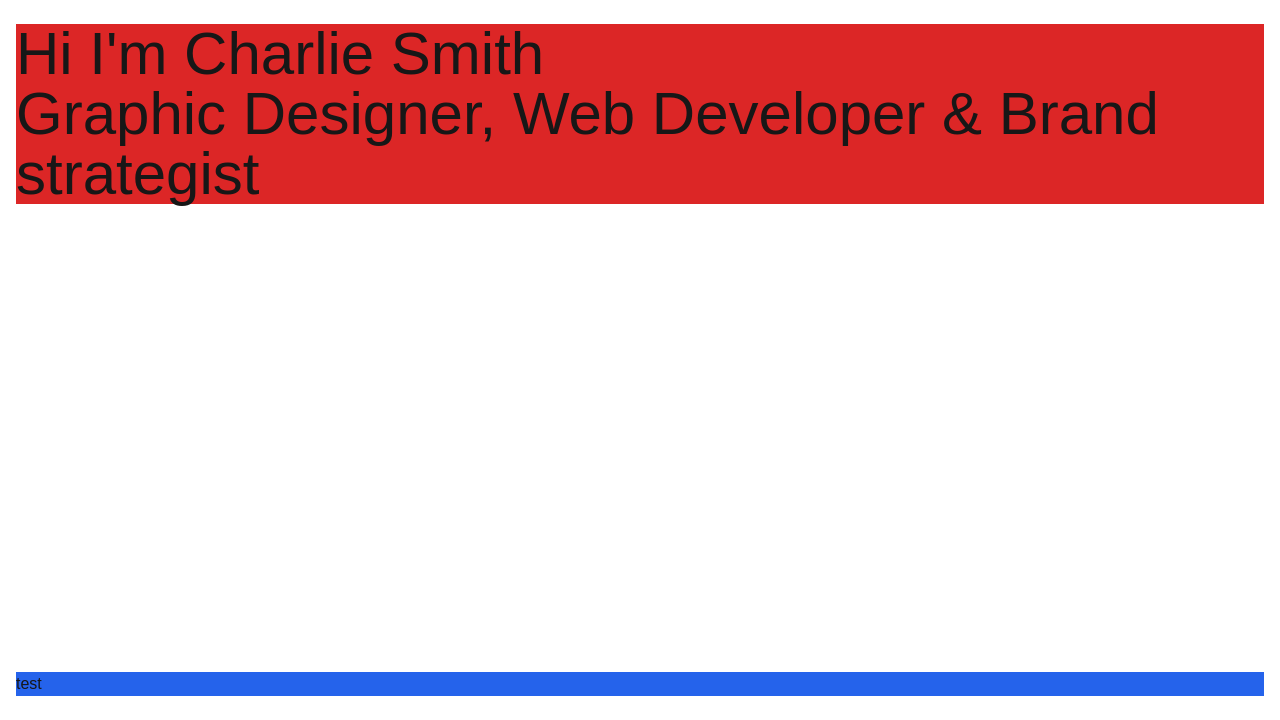
Repository: charlehs/portfolio
Page: /
These files come from the project's save history. The page is drawn as it stood at one moment and after the next save; the edit follows.
The browser window is 1280 px wide. The pictures show the whole page.
The project was rebuilt for these pictures with package versions that can differ from the ones it lists, and the page was loaded fresh each time. The framework's server and built-in components were replaced by stand-ins that run in the browser. Also part of the build but not shown: next.config.ts.

Above is the page before, as saved 2025-01-02 16:48:00.

After the next save:
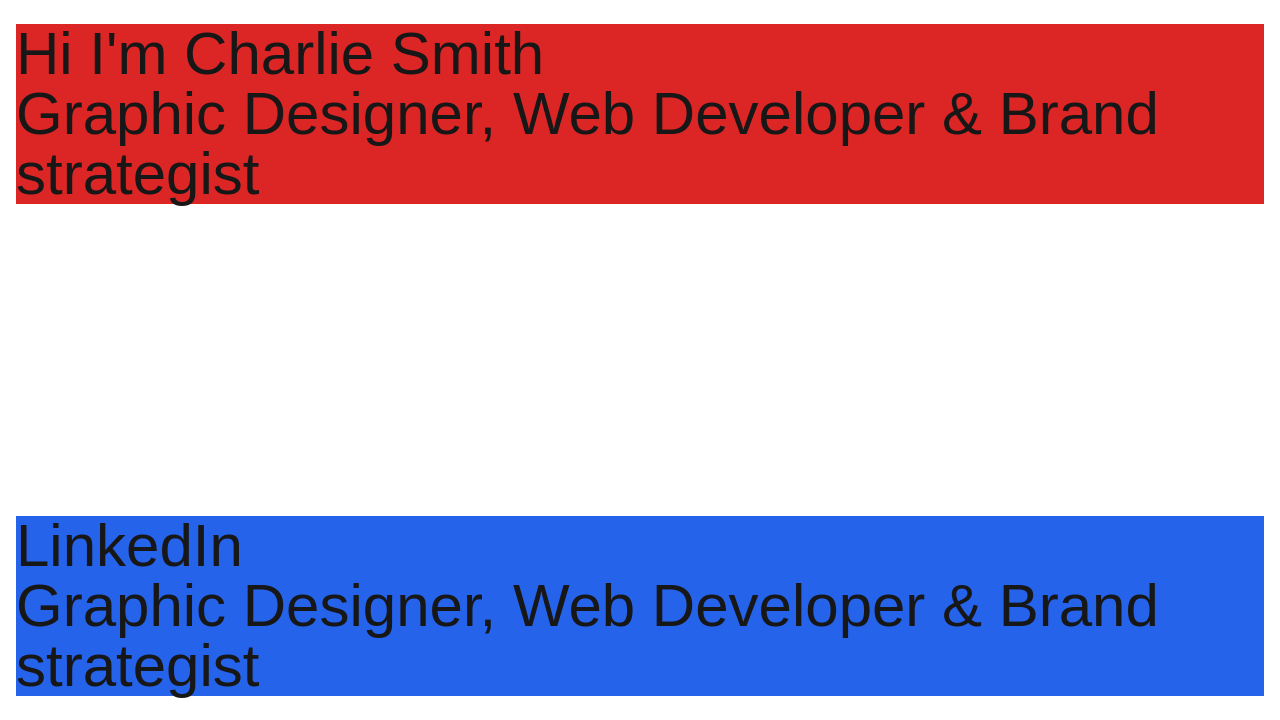
Saved 30 s later.
--- a/app/page.tsx
+++ b/app/page.tsx
@@ -12,7 +12,15 @@
           </span>
         </p>
       </main>
-      <footer className=" bg-blue-600">test</footer>
+      <footer className=" bg-blue-600">
+        <p className=" text-6xl">
+          LinkedIn
+          <br />{" "}
+          <span className="text-6xl">
+            Graphic Designer, Web Developer & Brand strategist
+          </span>
+        </p>
+      </footer>
     </div>
   );
 }
